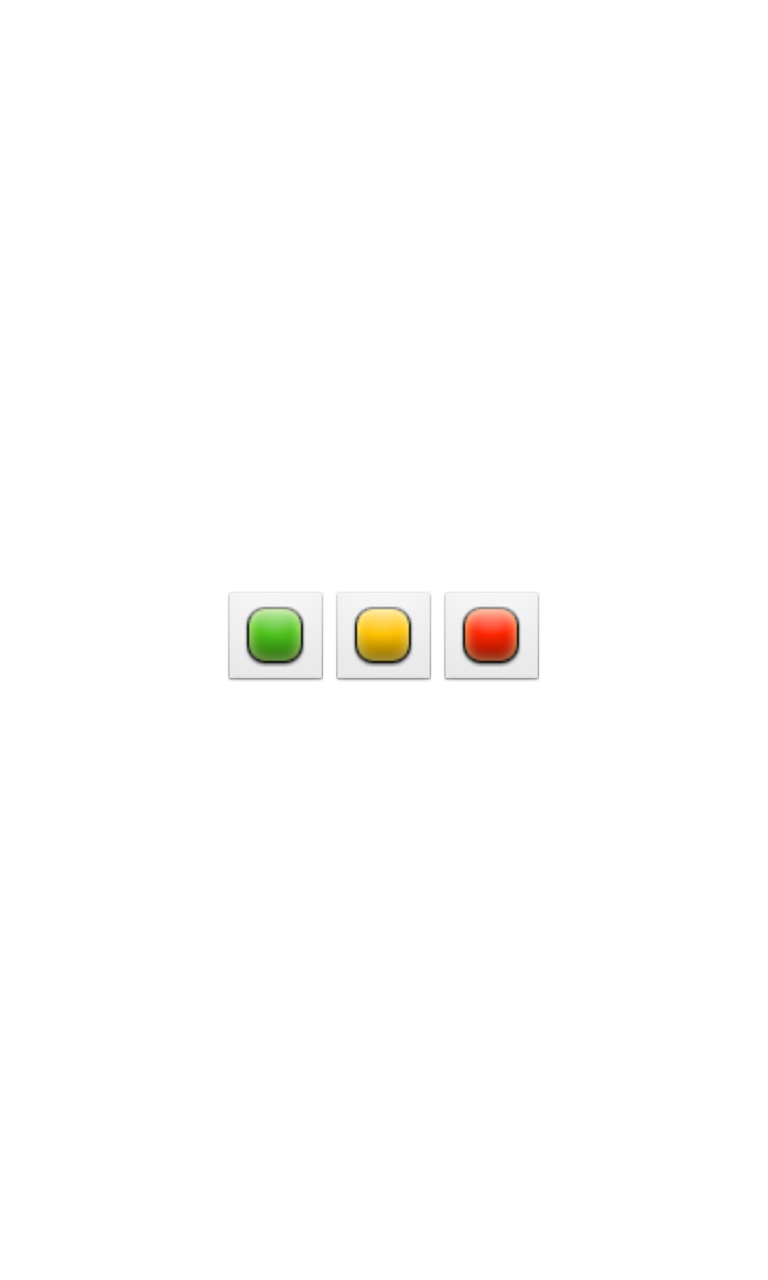
Repository: hoorncj-student/SuperSnakeOnline
Layout: SuperSnakeOnline/res/layout/color_dialog.xml
These files come from the project's save history. The layout is drawn as it stood at one moment and after the next save; the edit follows.
It is drawn on a 768 x 1280 px phone screen (xhdpi) without system bars, with theme AppTheme; the app's code is not run.

Above is the layout before, as saved 2013-10-27 08:13:23.

After the next save:
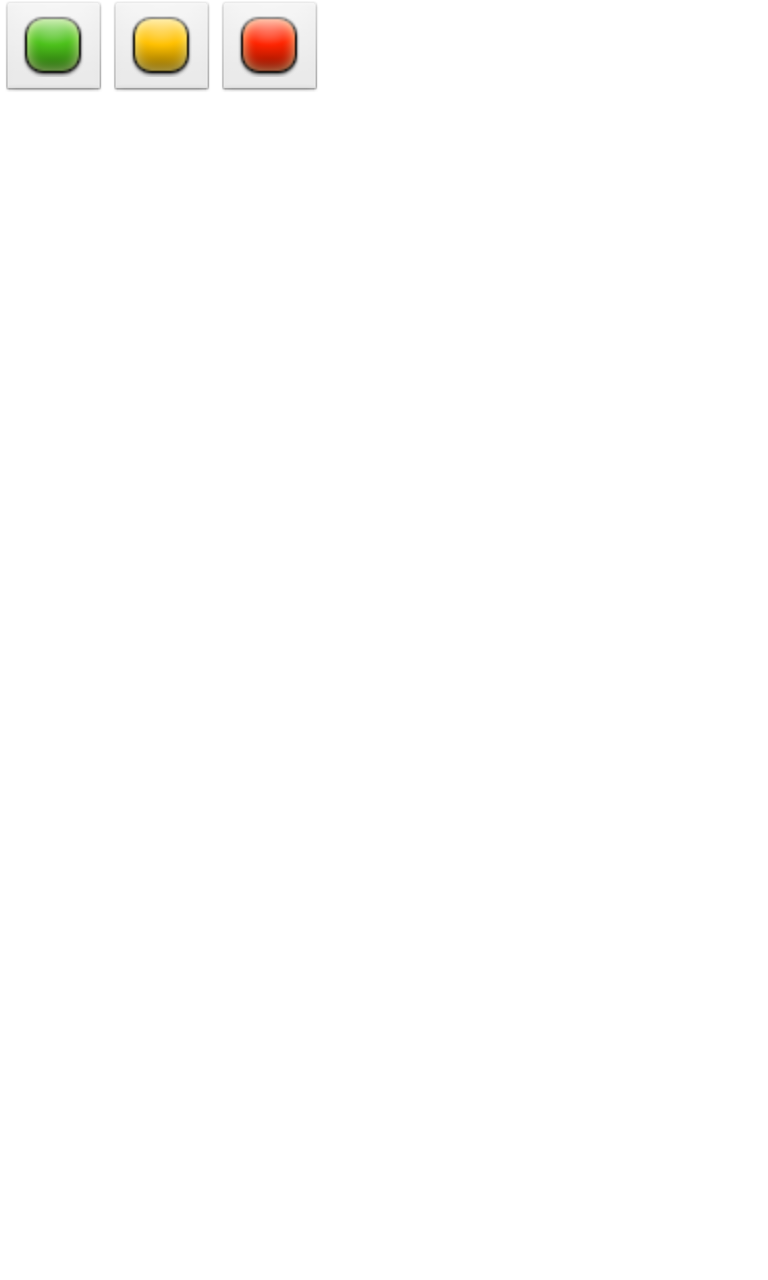
Saved 33 s later.
--- a/SuperSnakeOnline/res/layout/color_dialog.xml
+++ b/SuperSnakeOnline/res/layout/color_dialog.xml
@@ -3,7 +3,7 @@
     android:layout_width="wrap_content"
     android:layout_height="wrap_content"
     android:orientation="horizontal"
-    android:gravity="center">
+    android:layout_gravity="center">
 
     <ImageButton
         android:id="@+id/green_color_button"
